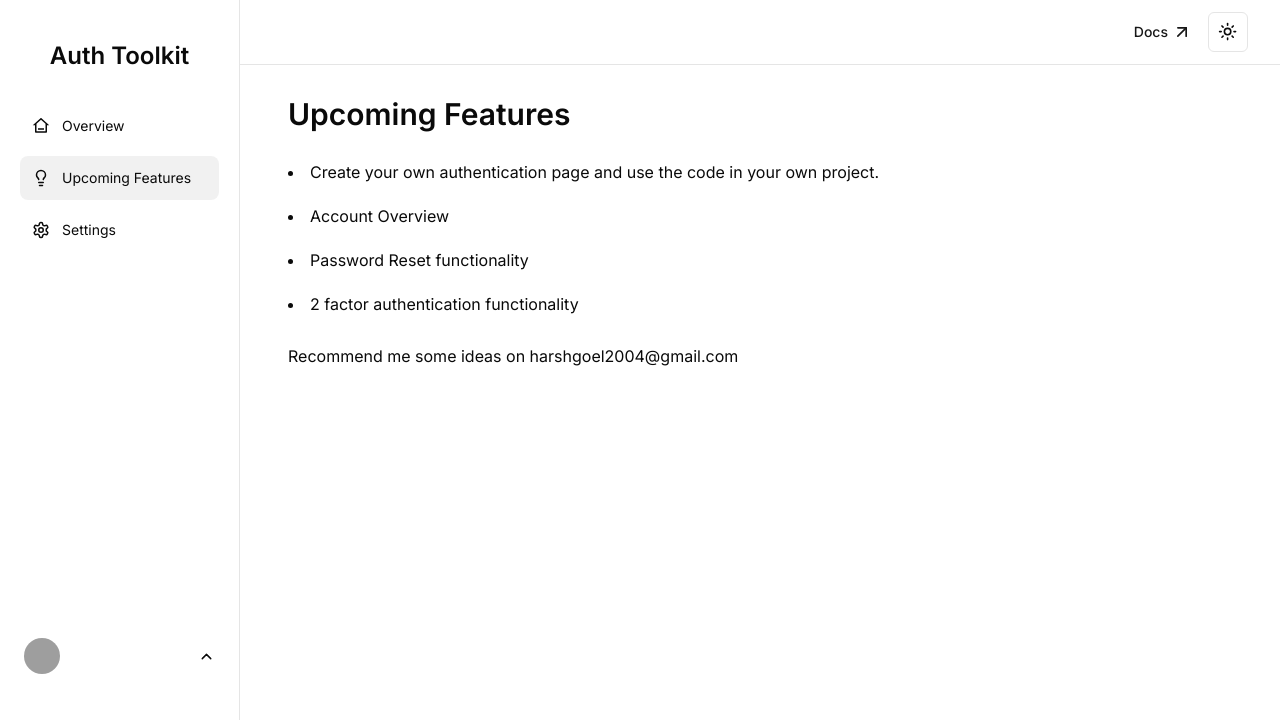
Repository: nickgoel31/authentication-toolkit
Page: /dashboard/features-todo
These files come from the project's save history. The page is drawn as it stood at one moment and after the next save; the edit follows.
The browser window is 1280 px wide. The pictures show the whole page.
Pictures or frames that could not be fetched are drawn as grey boxes. The page's requests for data from a server got no answer. The project was rebuilt for these pictures with package versions that can differ from the ones it lists, and the page was loaded fresh each time. The framework's server and built-in components were replaced by stand-ins that run in the browser. No one was signed in, and anything a server would have sent is missing. Also part of the build but not shown: next.config.mjs.

Above is the page before, as saved 2024-02-05 20:48:45.

After the next save:
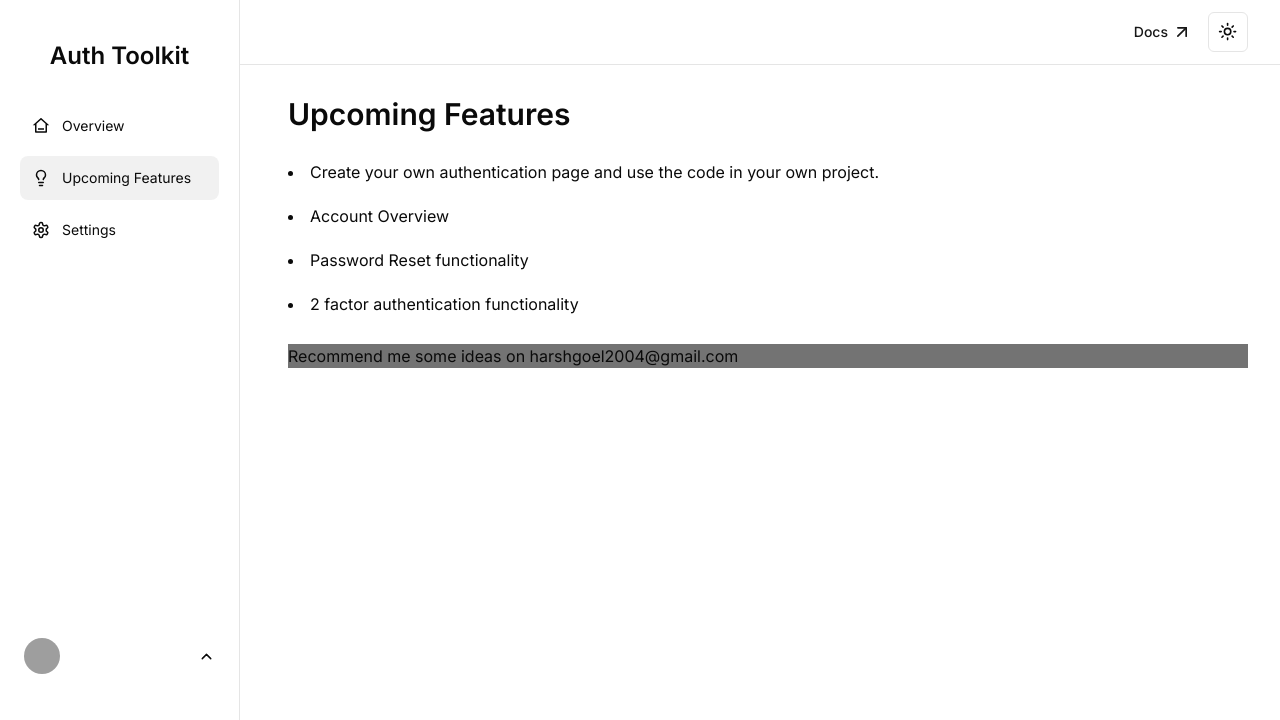
Saved 14 s later.
--- a/app/(protected)/dashboard/features-todo/page.tsx
+++ b/app/(protected)/dashboard/features-todo/page.tsx
@@ -13,7 +13,7 @@ const FeaturesTODO = () => {
             <li>2 factor authentication functionality</li>
         </div>
 
-        <div className=''>
+        <div className='bg-neutral-500'>
             Recommend me some ideas on <Link href={"/gmail"}>harshgoel2004@gmail.com</Link>
         </div>
     </div>
